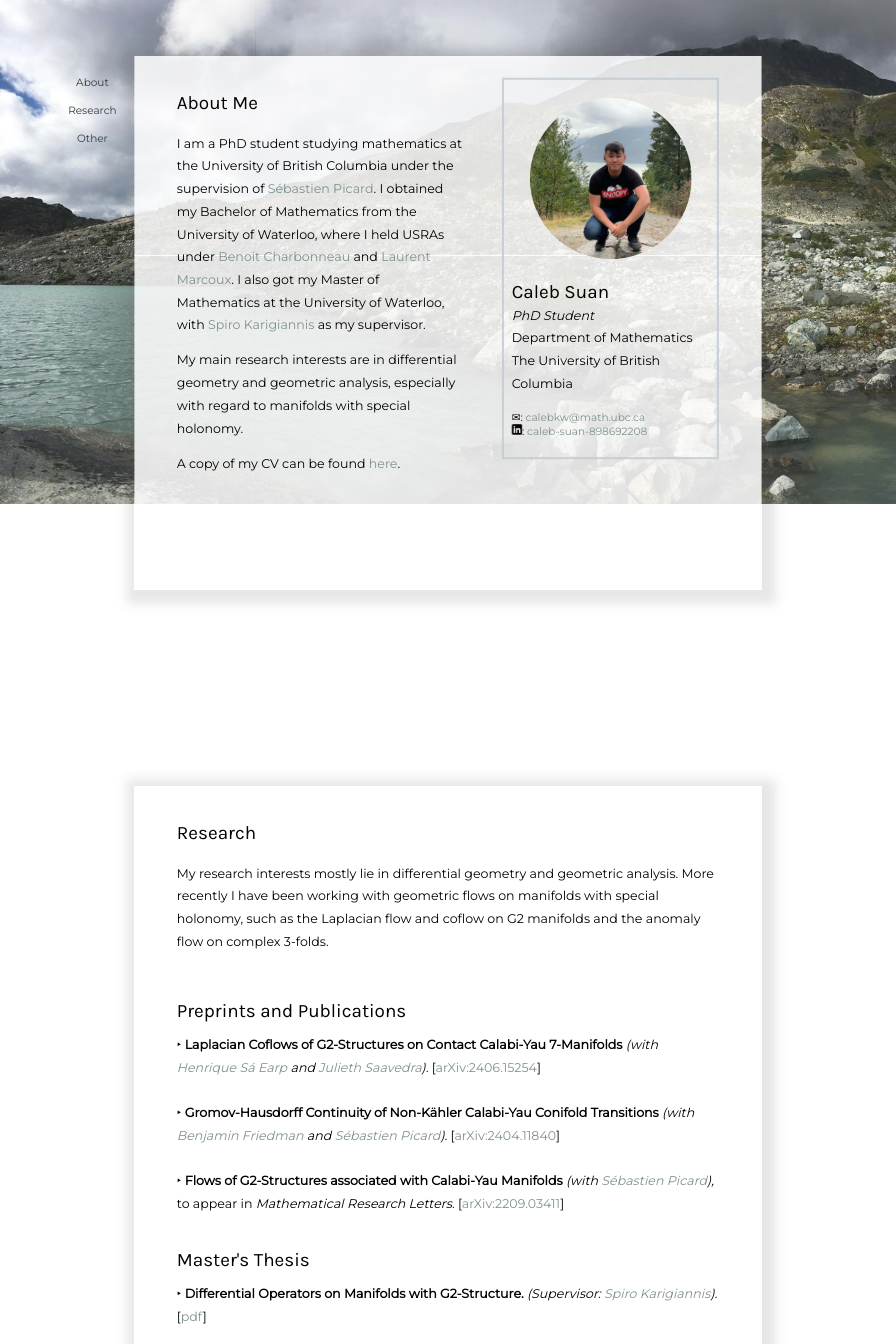
Repository: calebsuan/calebsuan.github.io
Page: index.html
The author's editor kept a copy of each file at every save. The page is drawn from the files as they stood at one save, then again after the next save.
The browser window is 1280 px wide. The pictures show the part of the page from y = 0 to 1920 px (the page is 4128 px tall), at 70% of full size.

Above is the page before, as saved 2024-06-27 00:30:53.

After the next save:
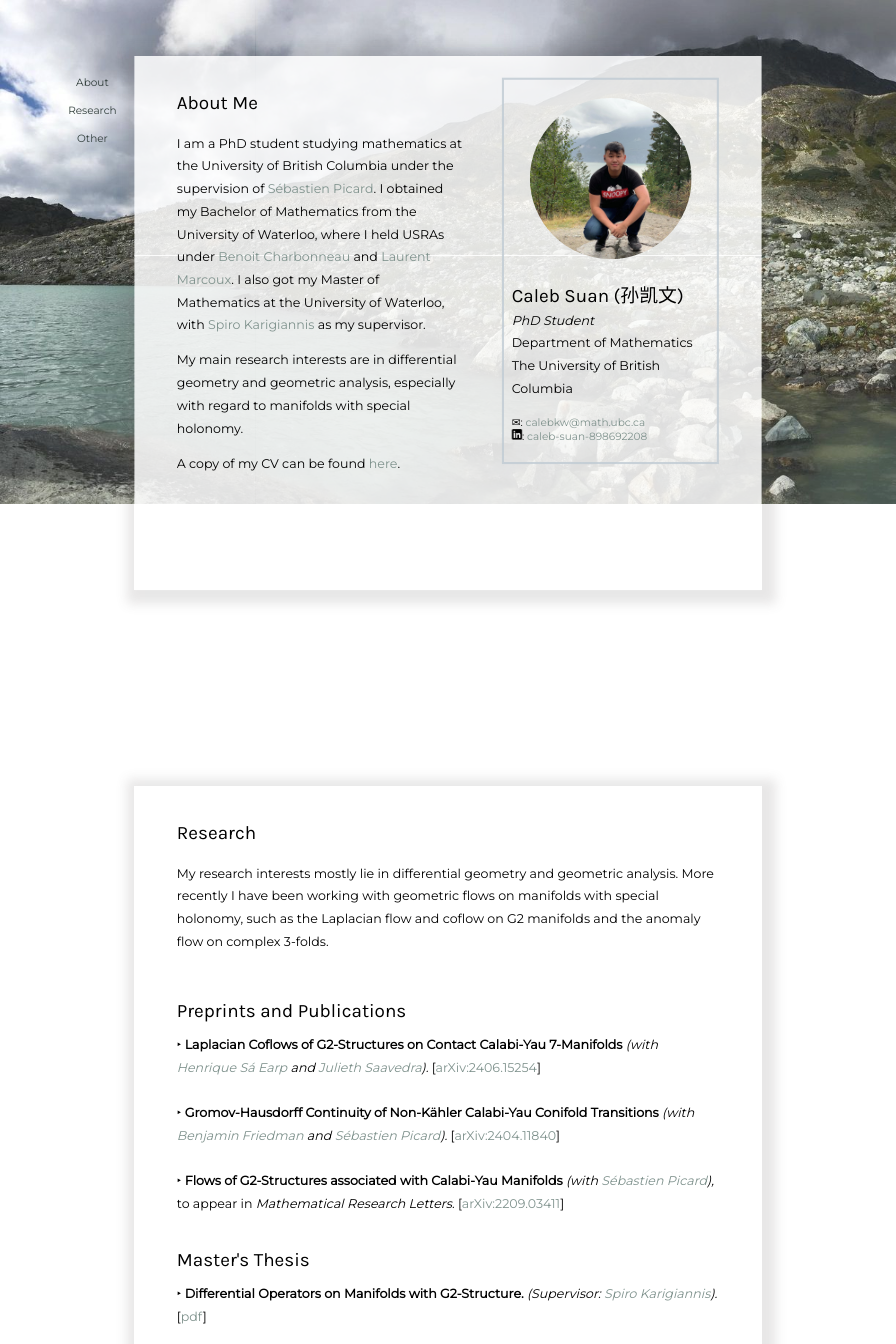
Saved 3 days later.
--- a/index.html
+++ b/index.html
@@ -70,7 +70,7 @@
 
                         <div class="Head1">
 
-                            Caleb Suan
+                            Caleb Suan (孙凯文)
 
                         </div>
 
